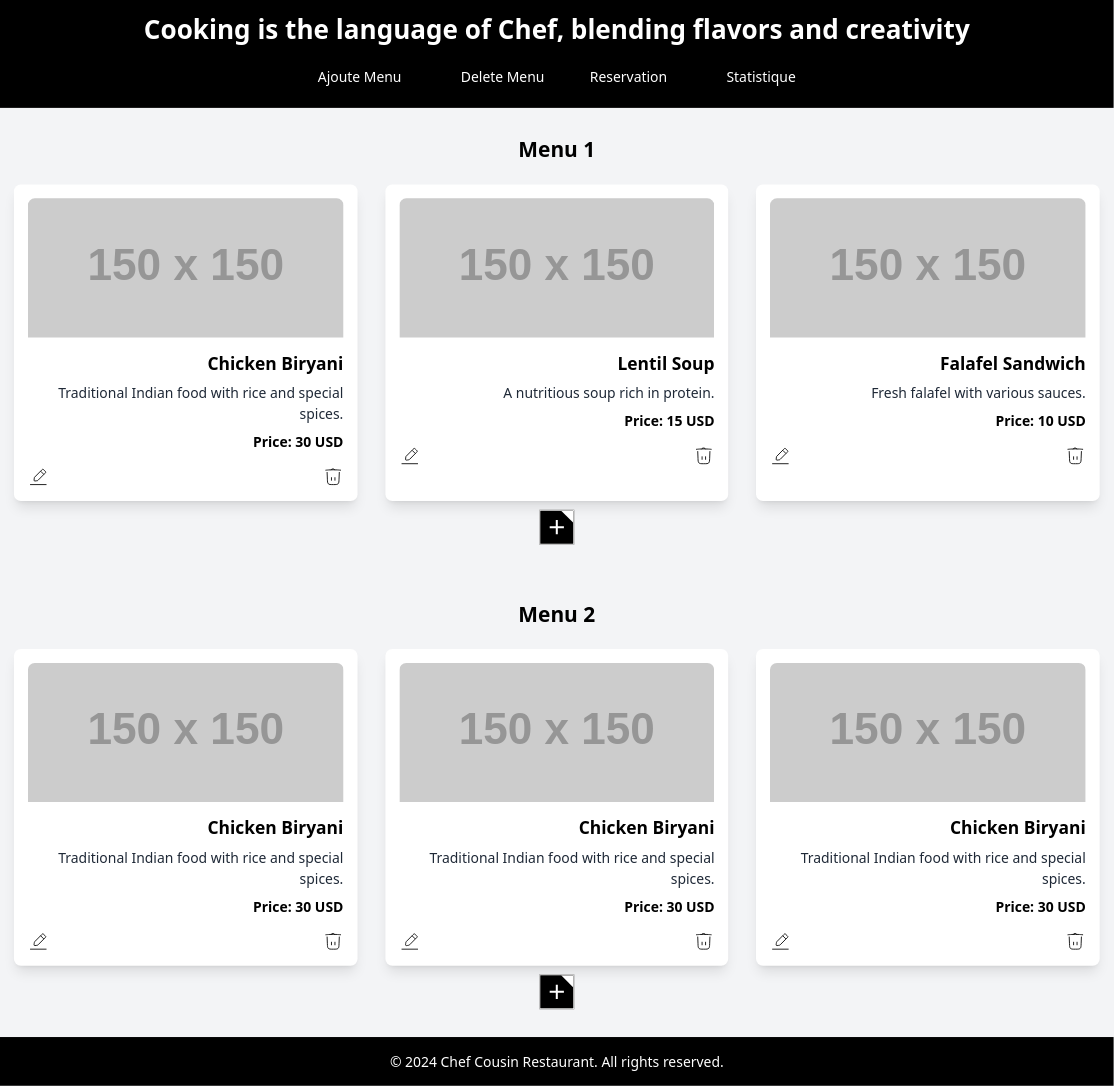
Repository: HamzaChehlaoui/Site-Web-pour-un-Chef-Cuisinier
Page: http://localhost/menu.php
An editor plug-in stored every save of this project. The page is shown before and after a run of saves, followed by the edit.
The browser window is 1280 px wide. The pictures show the whole page, at 87% of full size.
Some web libraries are served in a nearby version. The page is run by PHP 8.4 with error messages shown; the project is at /var/www/html/.

Above is the page before, as saved 2024-12-18 15:01:43.

After the next 2 saves:
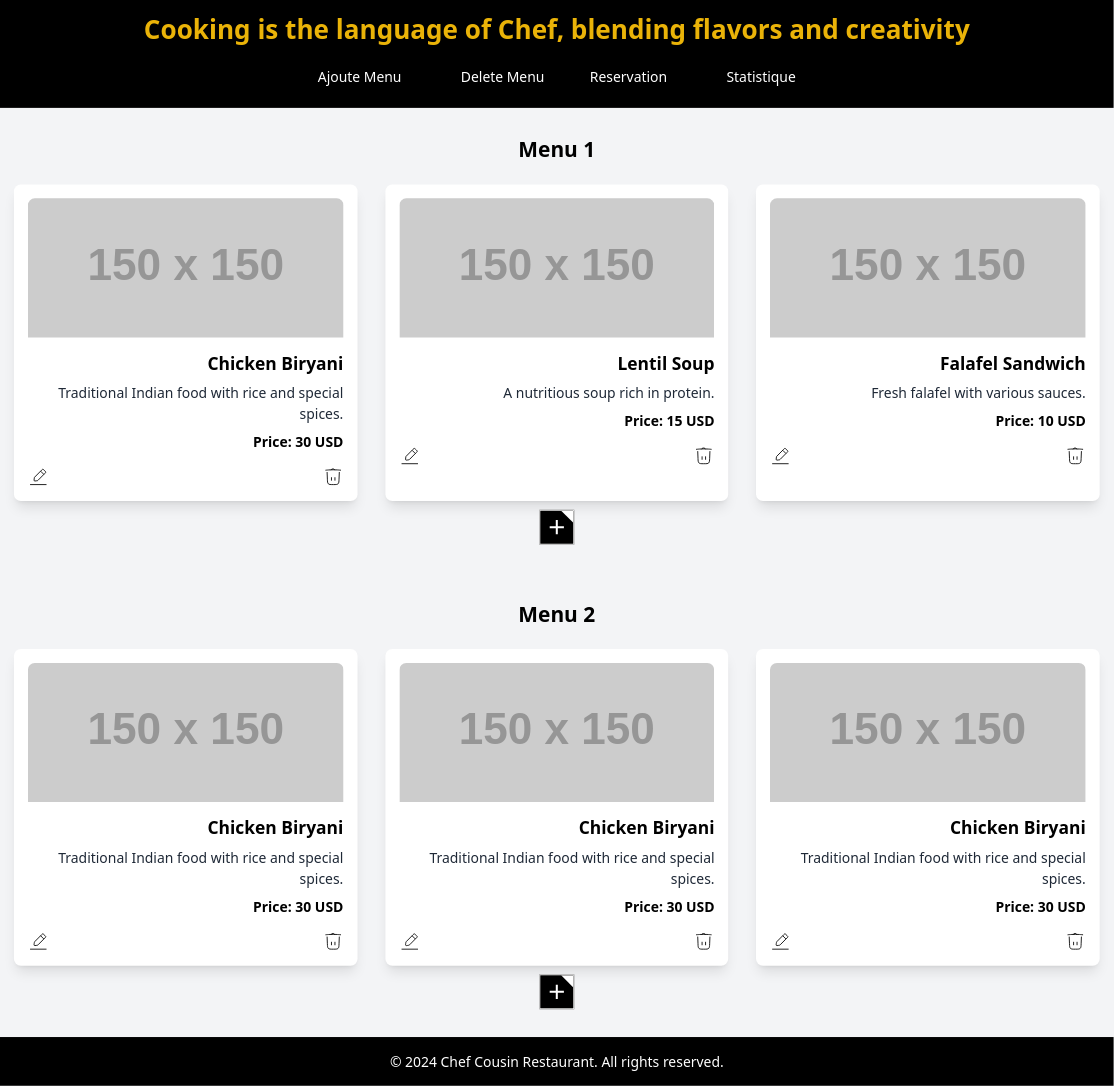
The 2 saves are shown as one change because they came seconds apart.
The last was saved 96 s later.
--- a/menu.php
+++ b/menu.php
@@ -11,7 +11,7 @@
     <!-- Header Section -->
     <header class="bg-black text-white py-4">
         <div class="container mx-auto text-center">
-            <h1 class="text-3xl font-bold">Cooking is the language of Chef, blending flavors and creativity</h1>
+            <h1 class="text-3xl font-bold text-yellow-500">Cooking is the language of Chef, blending flavors and creativity</h1>
             <p class="text-xl mt-2"></p>
             <!-- Buttons in the header -->
             <div class="mt-4">
